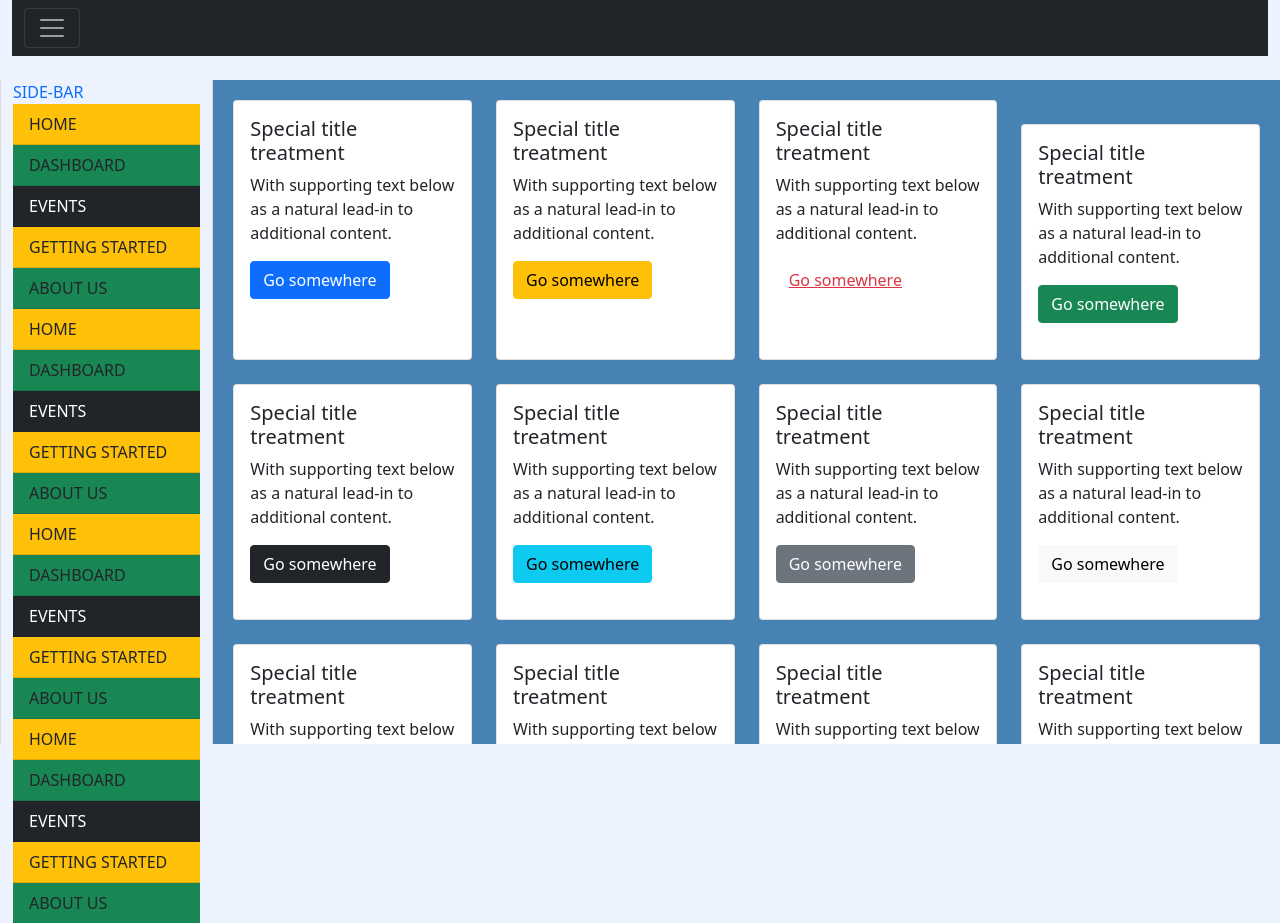
Repository: Dayvid0/BOOTSTRAP-TUTORIALS
Page: cosmos.example.html
An editor plug-in stored every save of this project. The page is shown before and after the next save, followed by the edit.
The browser window is 1280 px wide. The pictures show the whole page.
An inner scrolling area shows only its first screen.

Above is the page before, as saved 2025-01-29 12:50:22.

After the next save:
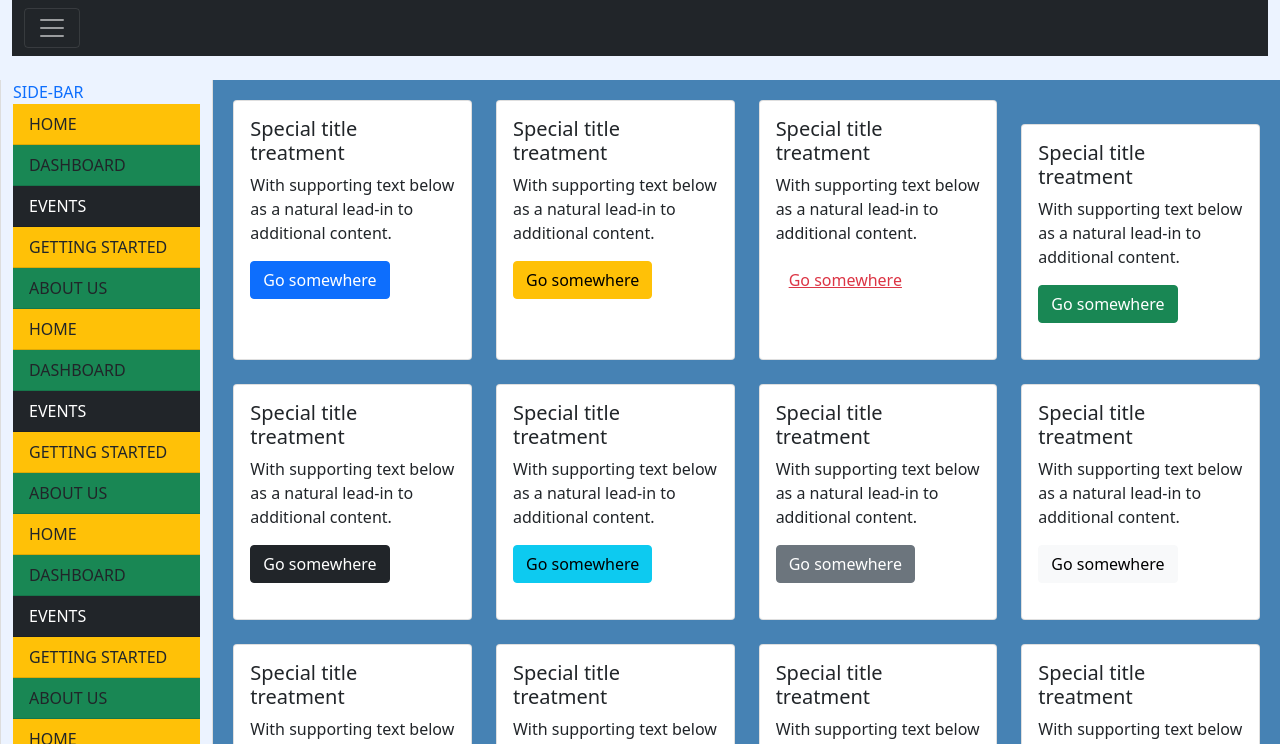
Saved 31 s later.
--- a/cosmos.example.html
+++ b/cosmos.example.html
@@ -27,6 +27,8 @@
         border-left: 1px solid #ddd;
         min-height: 600px;
         height: calc(100vh - 56px); /* Subtract navbar height */
+        overflow-y: auto;
+        overflow-x: hidden;
       }
       .card {
         margin-bottom: 20px;
